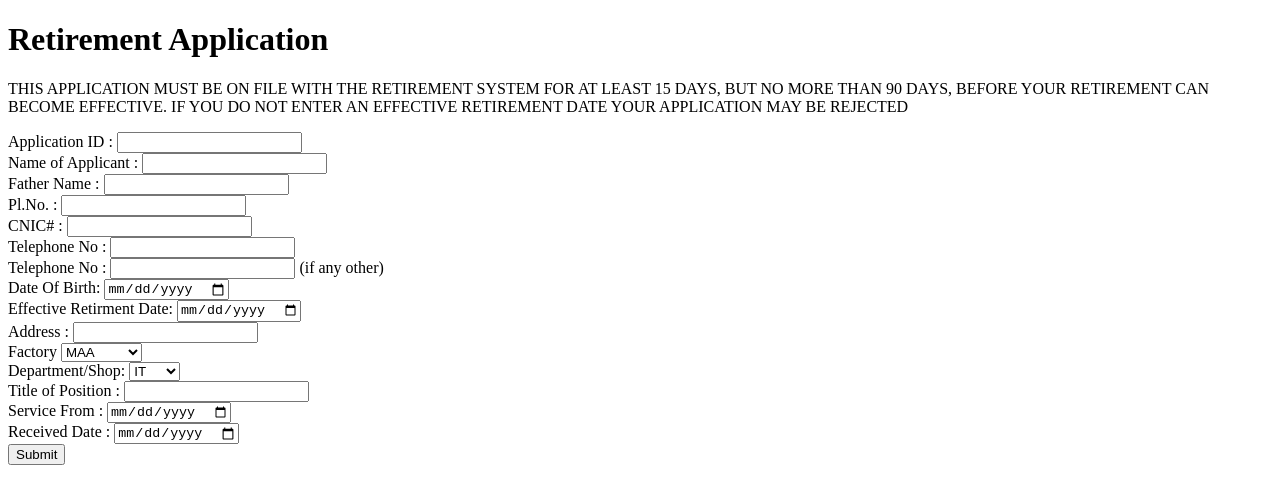
Repository: AQSA-ABDULLAH/RetirementManagmentSystem
Page: RetimentManagmentSystem/src/main/webapp/RetirementApplicationForm.html
The author's editor kept a copy of each file at every save. The page is drawn from the files as they stood at one save, then again after the next save.
The browser window is 1280 px wide. The pictures show the whole page.

Above is the page before, as saved 2023-08-15 10:36:28.

After the next save:
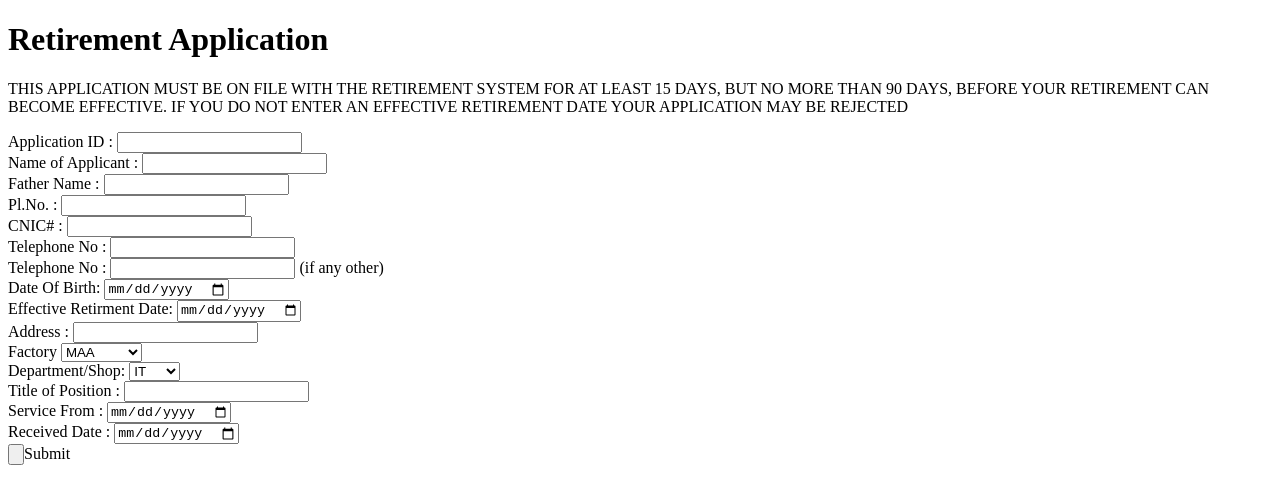
Saved 13 min 43 s later.
--- a/RetimentManagmentSystem/src/main/webapp/RetirementApplicationForm.html
+++ b/RetimentManagmentSystem/src/main/webapp/RetirementApplicationForm.html
@@ -71,7 +71,7 @@
     <label for="receivedDate">Received Date :</label>
     <input type="date" id="receivedDate" required><br>
 
-    <button type="button">Submit</button>
+    <input type="button">Submit</input>
   </form>
 </body>
 </html>

After the save that followed:
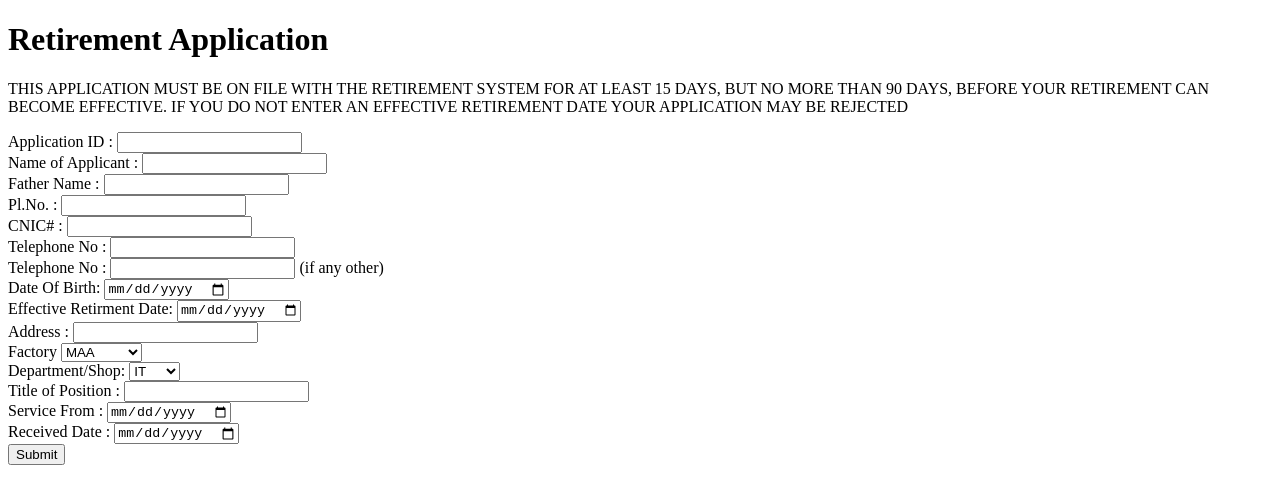
Saved 14 s later.
--- a/RetimentManagmentSystem/src/main/webapp/RetirementApplicationForm.html
+++ b/RetimentManagmentSystem/src/main/webapp/RetirementApplicationForm.html
@@ -71,7 +71,7 @@
     <label for="receivedDate">Received Date :</label>
     <input type="date" id="receivedDate" required><br>
 
-    <input type="button">Submit</input>
+    <input type="button" value="Submit">
   </form>
 </body>
 </html>
